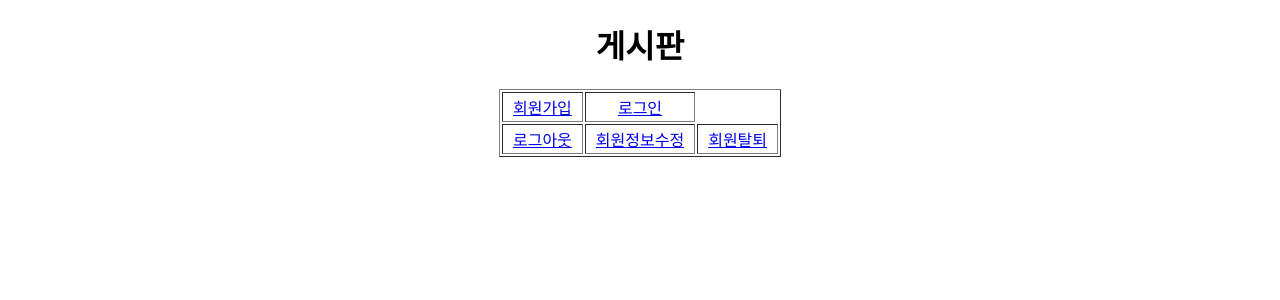
Repository: jjuhye/JSPWorkspace
Page: http://localhost/basic/00_board/_00_main.jsp
The author's editor kept a copy of each file at every save. The page is drawn from the files as they stood at one save, then again after the next save.
The browser window is 1280 px wide. The pictures show the whole page.
The page is served by Tomcat 9. Other server files are loaded and not shown.

Above is the page before, as saved 2023-02-23 09:00:53.

### basic/src/main/webapp/00_board/_00_main.jsp
<%@ page language="java" contentType="text/html; charset=UTF-8"
    pageEncoding="UTF-8"%>
<!DOCTYPE html>
<html>
<head>
<meta charset="UTF-8">
<title>게시판</title>
<link rel="stylesheet" href="./board.css">
<!-- <script type="text/javascript" src="./member.js"></script> -->
</head>
<body>
<div align="center">
	<h1> 게시판 </h1>

	<table border="1">
	    <tr>
	        <td><a href="03_11_joinForm.jsp"> 회원가입 </a></td>
	        <td><a href="03_21_loginForm.jsp"> 로그인 </a></td>
	    </tr>
	    <tr>
	        <td><a href="03_23_logoutPro.jsp"> 로그아웃 </a></td>
	        <td><a href="03_31_updateForm.jsp"> 회원정보수정 </a></td>
	        <td><a href="03_41_deleteForm.jsp"> 회원탈퇴 </a></td>
	    </tr>
	</table>
</div>
</body>
</html>

### basic/src/main/webapp/00_board/board.css
@charset "UTF-8";

td{
	padding: 2px 10px;
	text-align:center;
}

After the next save:
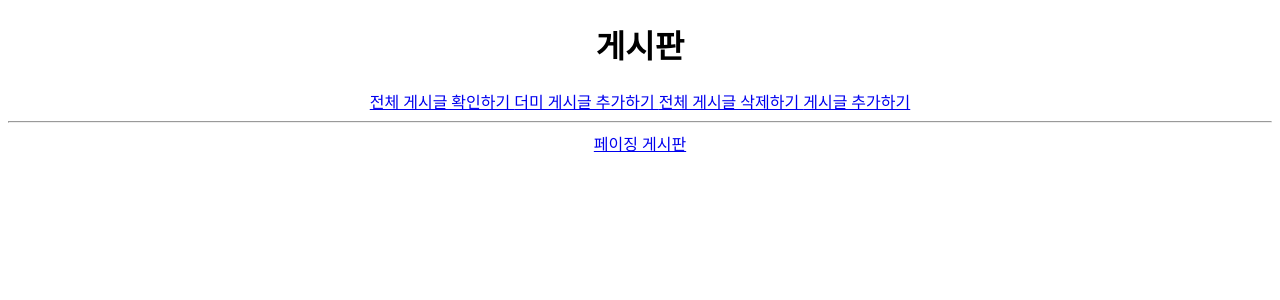
Saved 3 min 18 s later.
--- a/basic/src/main/webapp/00_board/_00_main.jsp
+++ b/basic/src/main/webapp/00_board/_00_main.jsp
@@ -11,18 +11,12 @@
 <body>
 <div align="center">
 	<h1> 게시판 </h1>
-
-	<table border="1">
-	    <tr>
-	        <td><a href="03_11_joinForm.jsp"> 회원가입 </a></td>
-	        <td><a href="03_21_loginForm.jsp"> 로그인 </a></td>
-	    </tr>
-	    <tr>
-	        <td><a href="03_23_logoutPro.jsp"> 로그아웃 </a></td>
-	        <td><a href="03_31_updateForm.jsp"> 회원정보수정 </a></td>
-	        <td><a href="03_41_deleteForm.jsp"> 회원탈퇴 </a></td>
-	    </tr>
-	</table>
+    <a href=".jsp"> 전체 게시글 확인하기 </a>
+    <a href=".jsp"> 더미 게시글 추가하기 </a>
+    <a href=".jsp"> 전체 게시글 삭제하기 </a>
+    <a href=".jsp"> 게시글 추가하기 </a>
+    <hr>
+    <a href=".jsp"> 페이징 게시판 </a>
 </div>
 </body>
 </html>
